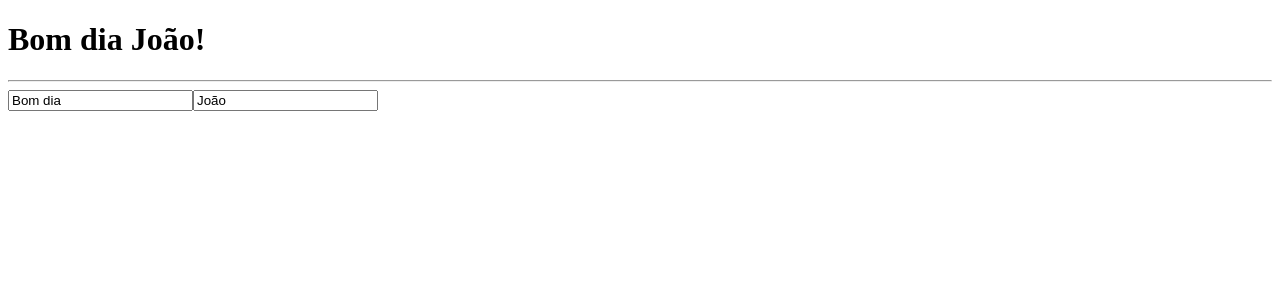
Repository: eversonps/react-fundamentos
Page: / (app in v2/exercicios/)
An editor plug-in stored every save of this project. The page is shown before and after the next save, followed by the edit.
The browser window is 1280 px wide. The pictures show the whole page.
The project was rebuilt for these pictures with package versions that can differ from the ones it lists, and the page was loaded fresh each time.

Above is the page before, as saved 2022-03-21 15:34:58.

### v2/exercicios/src/index.js
import React from "react";
import ReactDOM from "react-dom";

import Saudacao from "./componentes/Saudacao"

ReactDOM.render(
    <div>
        <Saudacao tipo="Bom dia" nome="João"/>
    </div>,
    document.getElementById("root")
)

### v2/exercicios/src/componentes/Saudacao.jsx
import React, {Component} from "react";

export default class Saudacao extends Component {
    state = {
        tipo: "Fala",
        nome: "Pedro"
    }

    setTipo(e){
        this.setState(...state, {tipo: e.target.value})
    }

    setNome(e){
        this.setState(...state, {nome: e.target.value})
    }

    render(){
        const { tipo, nome } = this.props
        return (
            <div>
                <h1>{tipo} {nome}!</h1>
                <hr />
                <input type="text" placeholder="Tipo..." value={tipo} onChange={e => this.setTipo(e)}/>
                <input type="text" placeholder="Nome..." value={nome} onChange={e => this.setNome(e)}/>
            </div>
        )
    }
}

Loaded but not shown: v2/exercicios/public/index.html (common file)

After the next save:
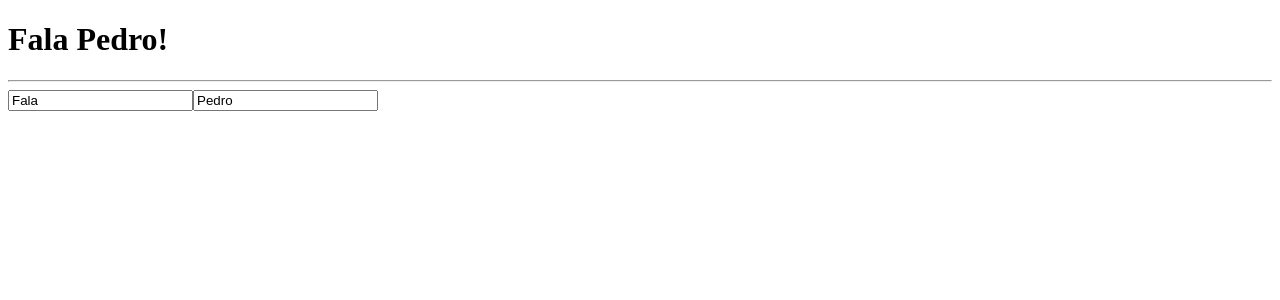
Saved 52 s later.
--- a/v2/exercicios/src/componentes/Saudacao.jsx
+++ b/v2/exercicios/src/componentes/Saudacao.jsx
@@ -15,7 +15,7 @@ export default class Saudacao extends Component {
     }
 
     render(){
-        const { tipo, nome } = this.props
+        const { tipo, nome } = this.state
         return (
             <div>
                 <h1>{tipo} {nome}!</h1>
